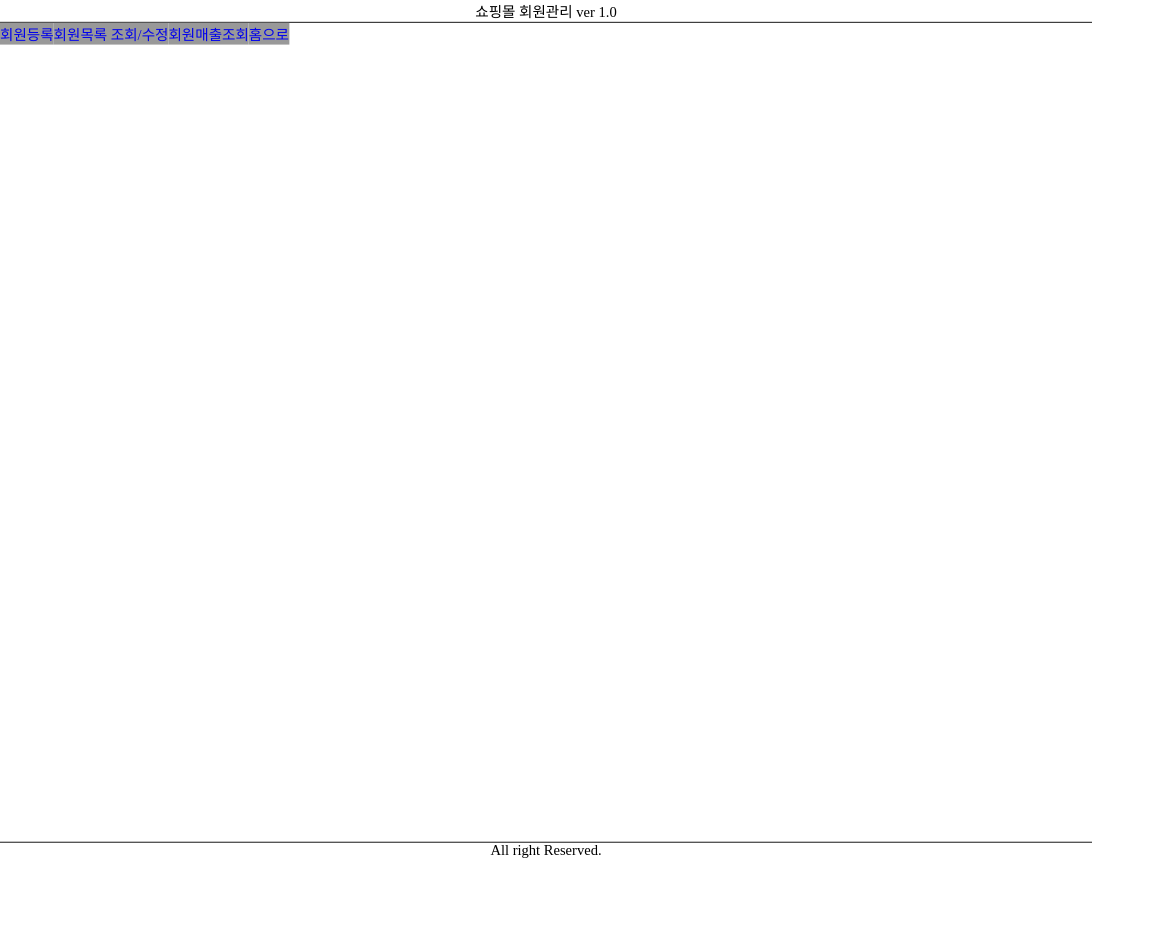
Repository: foodduck/HRD_exam
Page: http://localhost/HRD_1234/
The author's editor kept a copy of each file at every save. The page is drawn from the files as they stood at one save, then again after the next save.
The browser window is 1280 px wide. The pictures show the whole page, at 91% of full size.
The page is served by Tomcat 9.

Above is the page before, as saved 2022-02-14 06:57:49.

### HRD_1234/WebContent/index.jsp
<%@ page language="java" contentType="text/html; charset=UTF-8"
    pageEncoding="UTF-8"%>
<!DOCTYPE html PUBLIC "-//W3C//DTD HTML 4.01 Transitional//EN" "http://www.w3.org/TR/html4/loose.dtd">
<html>
<head>
<meta http-equiv="Content-Type" content="text/html; charset=UTF-8">
<title>메인 메뉴</title>
<style>
	* {margin:0; padding:0}
	body, html {width:100%}
	ul {list-style:none;}
	a {text-decoration:none;}
	.wrap {width:1200px; clear:both;}
	p {text-align:center}

	.hd {border-bottom:solid black 1px;}
	.tnb {height: 100px; width: 1200px;}
	.tnb li { float:left; margin:0 auto; background-color:#999;}
	.sec {width:100%; height:800px;}
	.ft {clear:both; width:100%; height:120px; border-top:solid 1px black;}
</style>
</head>
<body>
<div class="wrap">
	<header class="hd">
	<div class="hd_wrap">
		<p>쇼핑몰 회원관리 ver 1.0</p>
	</div>
	</header>
	<nav>
	<ul class="tnb">
		<li><a href="makecustNo.jsp">회원등록</a></li>
		<li><a href="memberList.jsp">회원목록 조회/수정</a></li>
		<li><a href="memberSales">회원매출조회</a></li>
		<li><a href="index.jsp">홈으로</a></li>
	</ul>
	</nav>
	<section class="sec">
		<div class="sec_wrap">

		</div>
	</section>
	<footer class="ft">
	<div class="ft_wrap">
		<p>All right Reserved.</p>
	</div>
	</footer>
</div>
</body>
</html>

After the next save:
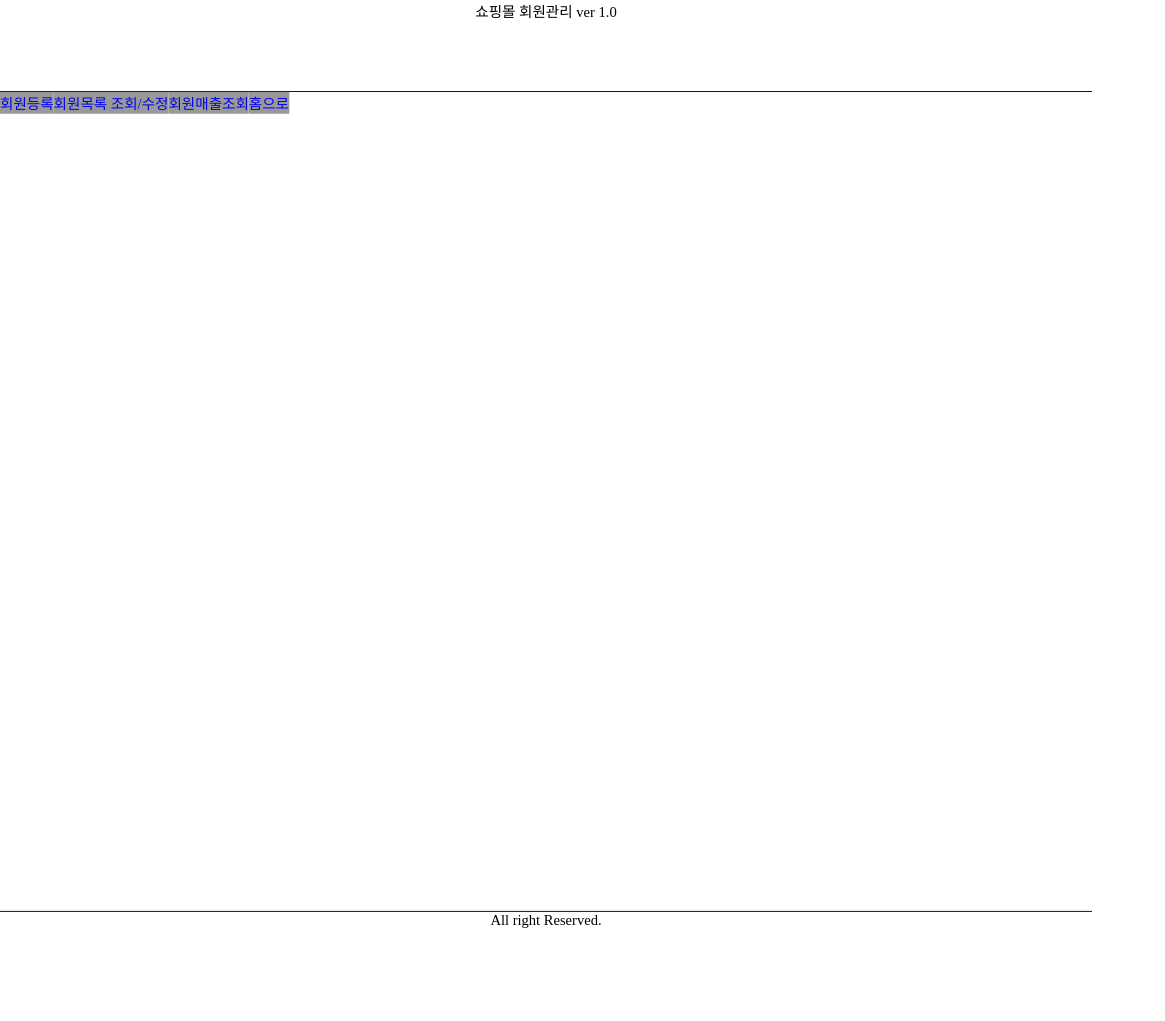
Saved 3 min 16 s later.
--- a/HRD_1234/WebContent/index.jsp
+++ b/HRD_1234/WebContent/index.jsp
@@ -13,7 +13,7 @@
 	.wrap {width:1200px; clear:both;}
 	p {text-align:center}
 
-	.hd {border-bottom:solid black 1px;}
+	.hd {height:100px;border-bottom:solid black 1px;}
 	.tnb {height: 100px; width: 1200px;}
 	.tnb li { float:left; margin:0 auto; background-color:#999;}
 	.sec {width:100%; height:800px;}
